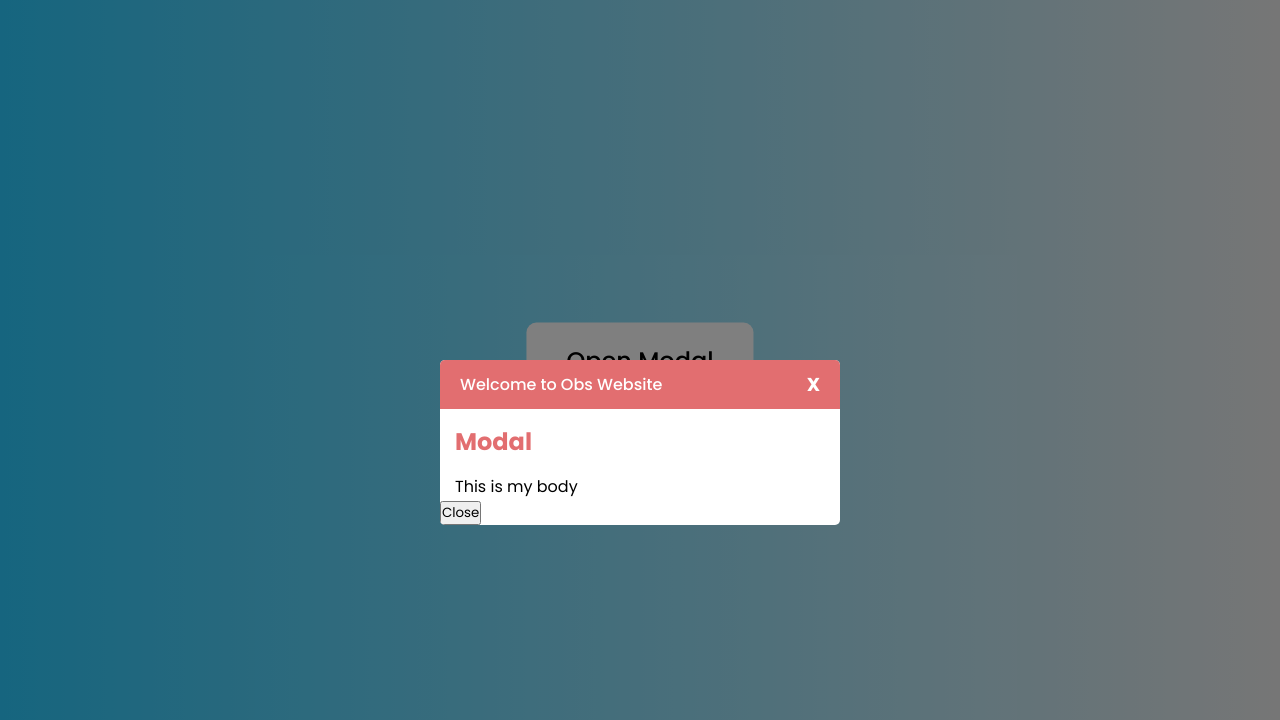
Repository: lausamtuong/Modal_card
Page: index.html
These files come from the project's save history. The page is drawn as it stood at one moment and after a run of saves; the edit follows.
The browser window is 1280 px wide. The pictures show the whole page.
The style sheet was rebuilt from its Sass, Less or Tailwind sources for each picture, by a compiler version that may differ from the author's.

Above is the page before, as saved 2021-12-15 06:58:18.

### index.html
<!DOCTYPE html>
<html lang="en">
<head>
    <meta charset="UTF-8">
    <meta http-equiv="X-UA-Compatible" content="IE=edge">
    <meta name="viewport" content="width=device-width, initial-scale=1.0">
    <link rel="stylesheet" href="style.css">
    <link href="https://fonts.googleapis.com/css2?family=Poppins:wght@400;500;700&display=swap" rel="stylesheet">
    <title>Document</title>
</head>
<body>
    <button class="open__btn">Open Modal</button>
    <div class="modal">
        <div class="modal__inner">
            <div class="modal__header">
                <p>Welcome to Obs Website</p>
                <h3>X</h3>
            </div>
            <div class="modal__body">
                <h2>Modal</h2>
                <p>This is my body</p>
            </div>
            <div class="modal__footer">
                <button class="modal__close-btn">Close</button>
            </div>
        </div>
    </div>
</body>
</html>

### style.scss
*{
    margin: 0;
    padding: 0;
    box-sizing: border-box;
    font-family: 'Poppins', sans-serif;
}
:root{
    --primary-color:#e26e70;
}
body{
    height: 100vh;
    background:  linear-gradient( to right,#2cccff ,#eee );;
}
.open__btn{
     position: relative;;
   top:50%;
   left:50%;
   transform: translate(-50%,-50%);
   outline: none;
   border: none;
   padding : 20px 40px;
   font-weight: 500;
   font-size: 1.5rem;
   border-radius: 10px;
   background-color:#fff;
   &:hover{
      opacity: 0.7;
       cursor: pointer;
       transition: 0.5s;
   }
}
.modal{
    background-color: rgba(0,0,0,0.5);
    position:fixed;
    top:0;
    height: 100vh;
    width:100vw;
    &__inner{
        position:relative;
        width:400px;
        top:50%;
        margin : auto;
        background-color: #fff;
        border-radius: 5px;
        overflow:hidden;
    }
    &__header{
        display: flex;
        justify-content: space-between;
        align-items: center;
        background-color:var(--primary-color);
        padding:10px 20px;
        font-weight: 500;
        font-size: 1rem;
        color:#fff;
    }
    &__body{
        h2{
            color:var(--primary-color);
            font-weight: 700;
            font-size: 1.5rem;
            padding: 15px;
        }
        p{
            padding :0 15px;
        }
    }
}

After the next 4 saves:
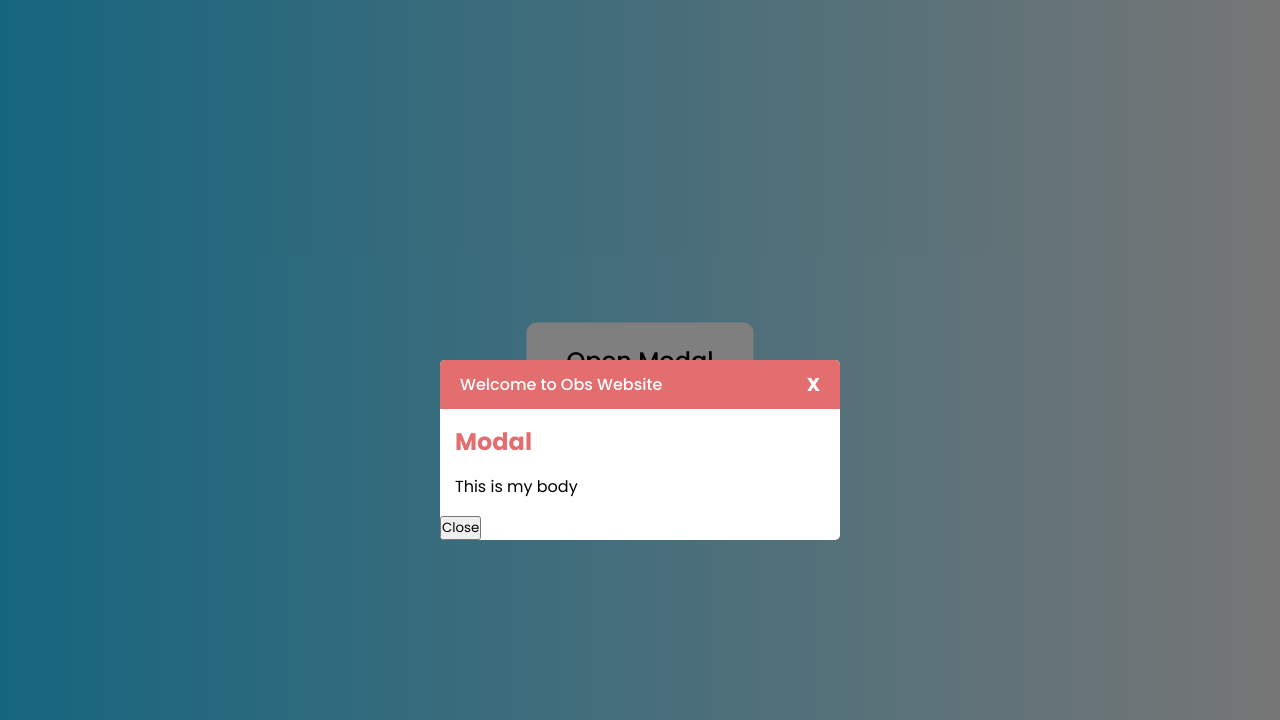
The 4 saves are shown as one change because they came seconds apart.
The last was saved 17 s later.
--- a/style.scss
+++ b/style.scss
@@ -62,7 +62,7 @@ body{
             padding: 15px;
         }
         p{
-            padding :0 15px;
+            padding :0 15px 15px 15px;
         }
     }
 }
